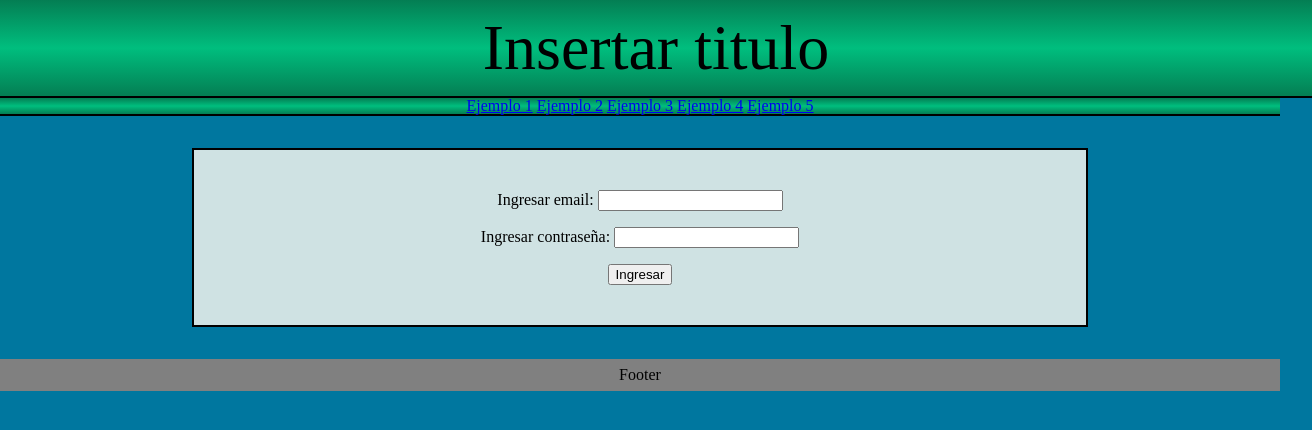
Repository: FacundoKinderknecht/Parcial-2-LPPA
Page: login/login.html
These files come from the project's save history. The page is drawn as it stood at one moment and after a run of saves; the edit follows.
The browser window is 1280 px wide. The page is 1312 px wide, so the pictures cover 1312 px, including what lies to the right of the window. The pictures show the whole page.

Above is the page before, as saved 2022-07-06 10:21:44.

After the next 2 saves:
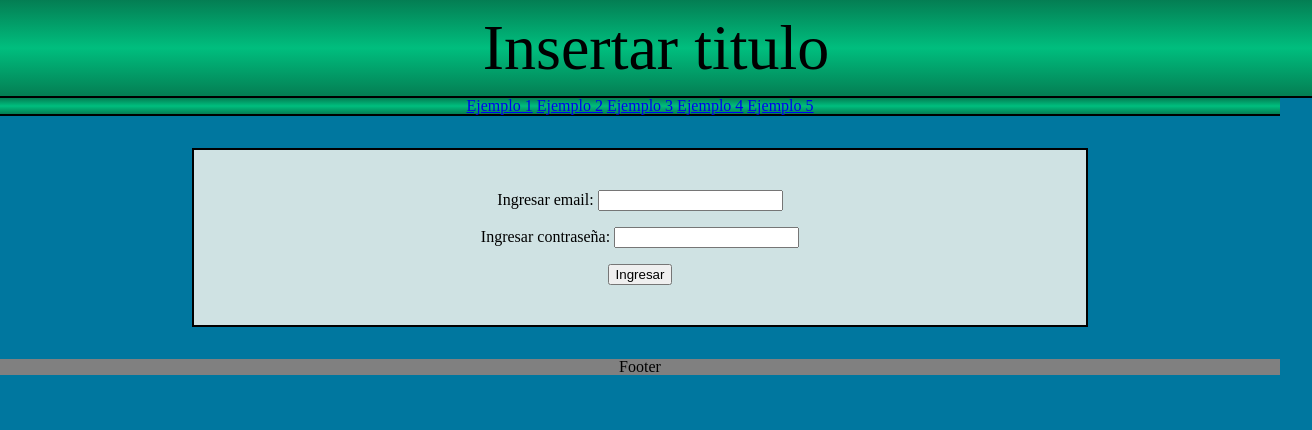
The 2 saves are shown as one change because they came seconds apart.
The last was saved 7 s later.
--- a/login/login.css
+++ b/login/login.css
@@ -35,9 +35,6 @@ form{
 div{
     padding: 0.5rem;
 }
-p{
-    padding: 0.5rem;
-}
 footer{
     background-color: grey;
     bottom: 0;
